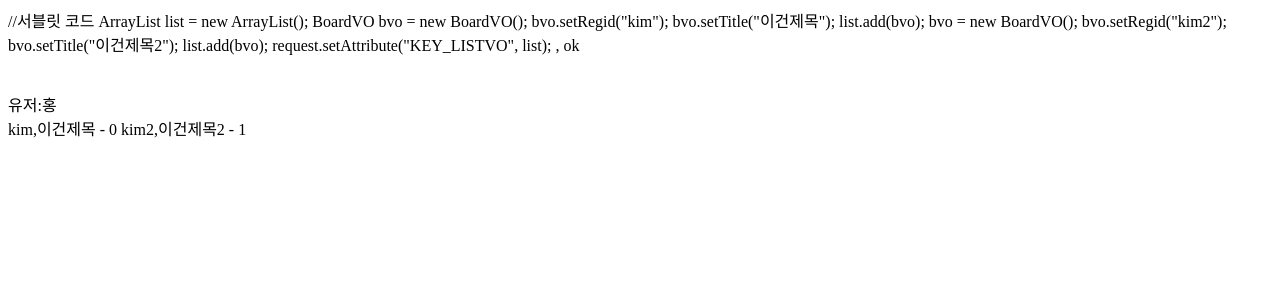
Repository: wonsungjin/Kosta
Page: http://localhost/web_prj/JstlServlet
These files come from the project's save history. The page is drawn as it stood at one moment and after the next save; the edit follows.
The browser window is 1280 px wide. The pictures show the whole page.
The page is served by Tomcat 9.

Above is the page before, as saved 2024-05-30 04:59:36.

After the next save:
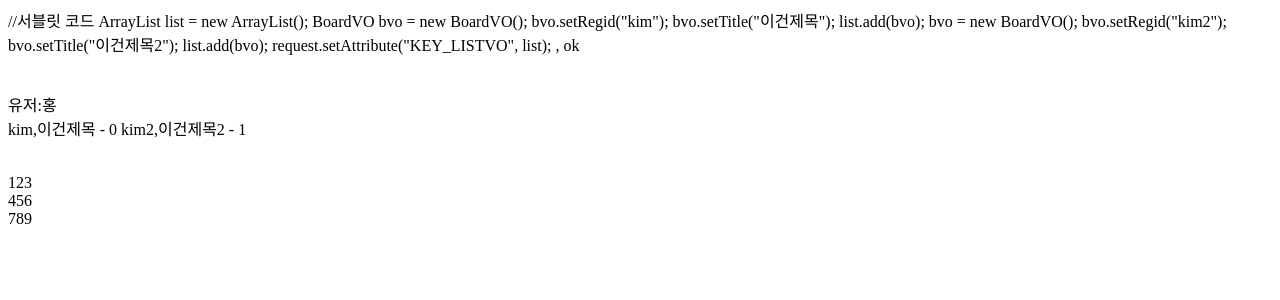
Saved 4 min 21 s later.
--- a/web_prj/src/main/webapp/lec_jstl.jsp
+++ b/web_prj/src/main/webapp/lec_jstl.jsp
@@ -161,6 +161,10 @@ if (cval.equals("lee") && num==10) {
 	</c:if>
 <p><br>
 
+<c:forTokens items="123-456-789"
+     delims="-"   var="tel">
+       ${tel}  <br>
+</c:forTokens>
 
 
 
